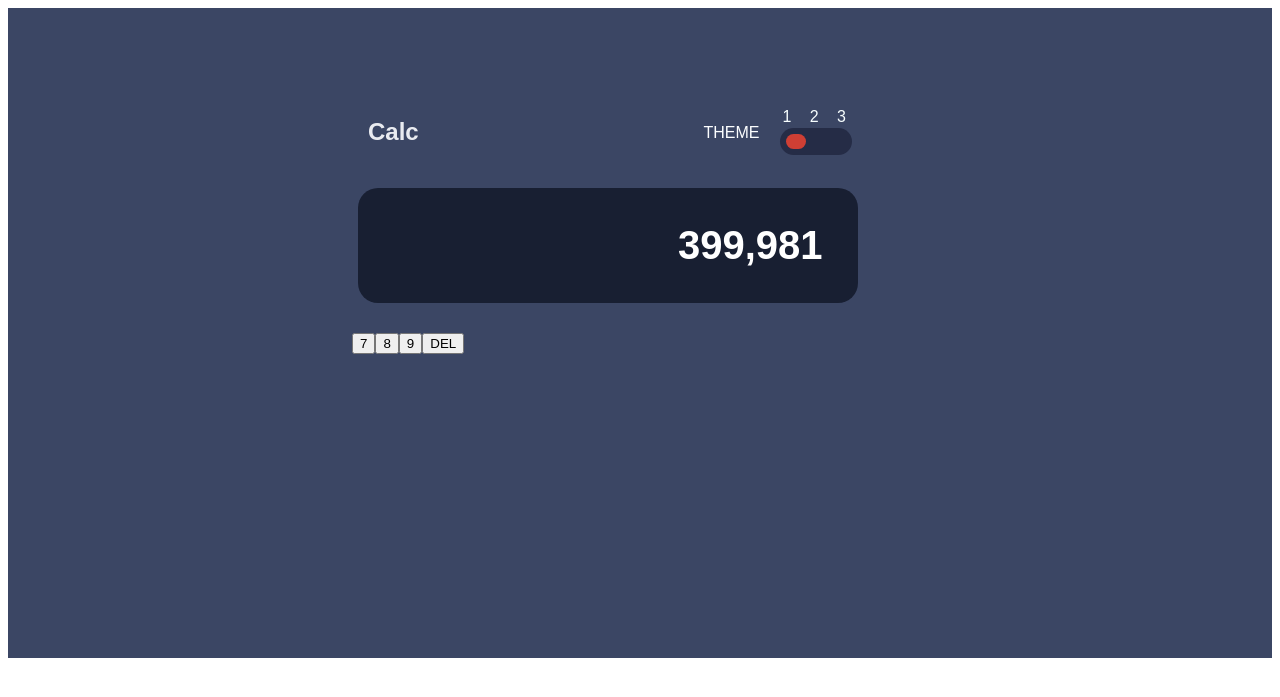
Repository: Bakyproit/Calcutor
Page: SimpleCalculatorApp.html
These files come from the project's save history. The page is drawn as it stood at one moment and after a run of saves; the edit follows.
The browser window is 1280 px wide. The pictures show the whole page.

Above is the page before, as saved 2022-02-09 16:17:09.

### SimpleCalculatorApp.html
<!DOCTYPE html>
<html lang="en">
<head>
    <meta charset="UTF-8">
    <meta http-equiv="X-UA-Compatible" content="IE=edge">
    <meta name="viewport" content="width=device-width, initial-scale=1.0">
    <title>SimpleCalculatorApp</title>
    <link rel="stylesheet" href="asset/App.css">
    <link rel="stylesheet" href="asset/grid.css">
</head>
<body>
    <div class="container">
        <div class="app">
            <div class="app__title">
                <h1 class="app__title-name">Calc</h1>
                <div class="app__title-theme">
                    <p class="app__title-theme-name">THEME</p>
                    <div class="app__title-theme-box">
                        <div class="app__title-theme-box-number">
                            <span class="app__title-theme-box-number-1">1</span>
                            <span class="app__title-theme-box-number-2">2</span>
                            <span class="app__title-theme-box-number-3">3</span>
                        </div>
                        <div class="app__title-theme-box-toggle">
                            <label for="toggle-input" class="toggle">
                                <input type="checkbox" id="toggle-input" class="toggle__checkbox">
                                <div class="toggle__bar">
                                    <div class="toggle__spin"></div>
                                </div>
                            </label>
                        </div>
                    </div>
                </div>
            </div>

            <div class="app__result">
                <h1 class="app__result-number">399,981</h1>
            </div>

            <div class="app__content">
                <div class="app__content-number row">
                        <button class="number col">7</button>
                        <button class="number col">8</button>
                        <button class="number col">9</button>
                        <button class="number col">DEL</button>

                </div>
            </div>
        </div>
    </div>
</body>
</html>

### asset/App.css
html{
    font-family:Arial, Helvetica, sans-serif ;
    box-sizing: border-box;
    padding: 0 ;
    margin: 0;
}
h1{
    margin: 0;
}

.container{
    height: 650px;
    width: 100%;
    background-color: #3b4664;
    position: relative;
}
.app{
    width: 500px;
    position:absolute ;
    top:100px ;
    left:350px;

}
.app__title{
    display: flex;
    justify-content:space-between;

}
.app__title-name{
    color : #e9ebf0 ;
    font-size: 24px;
    padding: 10px;
}
.app__title-theme{
    display: flex;
}
.app__title-theme-name{
    color :20px ;
    color:#fcfeff ;
    margin-right: 16px;
}
.app__title-theme-box{
    display: flex;
    flex-direction: column;
    padding-right: 5px;
}
.app__title-theme-box-number{
    color : #f8ffff ;
}
.app__title-theme-box-number-1{
    padding: 0 7px;
}
.app__title-theme-box-number-2{
    padding: 0 7px;

}
.app__title-theme-box-number-3{
    padding: 0 7px;

}
.app__title-theme-box-toggle{
    padding-top: 2px;
    padding-left: 5px;
}
.toggle__checkbox{
    display: none;
}
.toggle__bar{
    width: 60px;
    height: 15px;
    background-color: #252c46;
    border-radius: 5rem;
    /* transition: background-color 4s linear; */
    padding: 6px;
}
.toggle__spin{
    width: 20px;
    height: 15px;
    background-color: #cf3f34;
    border-radius: 3rem;
    transition: transform .3s linear;
}
.toggle__checkbox:checked ~ .toggle__bar{
    background-color: #a2aac6;
}
.toggle__checkbox:checked + .toggle__bar .toggle__spin {
    transform: translateX(2.5rem);
}


.app__result{
    background-color: #181f32;
    margin:30px 0;
    border-radius: 20px;
}
.app__result-number{
    padding: 35px 0 ;
    padding-left: 320px;
    color: #fff ;
    font-size: 40px;
}

### asset/grid.css
.grid {
    width: 100%;
    display: block;
    padding: 0;

}

.grid.wide {
    max-width: 1200px;
    margin: 0 auto;
}

.row {
    display: flex;
    flex-wrap: wrap;
    margin-left: -4px;
    margin-right: -4px;
}

.row.no-gutters {
    margin-left: 0;
    margin-right: 0;
}

.col {
    padding-left: 4px;
    padding-right: 4px;
}

.row.no-gutters .col {
    padding-left: 0;
    padding-right: 0;
}

.c-0 {
    display: none;
}

.c-1 {
    flex: 0 0 8.33333%;
    max-width: 8.33333%;
}

.c-2 {
    flex: 0 0 16.66667%;
    max-width: 16.66667%;
}

.c-3 {
    flex: 0 0 25%;
    max-width: 25%;
}

.c-4 {
    flex: 0 0 33.33333%;
    max-width: 33.33333%;
}

.c-5 {
    flex: 0 0 41.66667%;
    max-width: 41.66667%;
}

.c-6 {
    flex: 0 0 50%;
    max-width: 50%;
}

.c-7 {
    flex: 0 0 58.33333%;
    max-width: 58.33333%;
}

.c-8 {
    flex: 0 0 66.66667%;
    max-width: 66.66667%;
}

.c-9 {
    flex: 0 0 75%;
    max-width: 75%;
}

.c-10 {
    flex: 0 0 83.33333%;
    max-width: 83.33333%;
}

.c-11 {
    flex: 0 0 91.66667%;
    max-width: 91.66667%;
}

.c-12 {
    flex: 0 0 100%;
    max-width: 100%;
}

.c-o-1 {
    margin-left: 8.33333%;
}

.c-o-2 {
    margin-left: 16.66667%;
}

.c-o-3 {
    margin-left: 25%;
}

.c-o-4 {
    margin-left: 33.33333%;
}

.c-o-5 {
    margin-left: 41.66667%;
}

.c-o-6 {
    margin-left: 50%;
}

.c-o-7 {
    margin-left: 58.33333%;
}

.c-o-8 {
    margin-left: 66.66667%;
}

.c-o-9 {
    margin-left: 75%;
}

.c-o-10 {
    margin-left: 83.33333%;
}

.c-o-11 {
    margin-left: 91.66667%;
}

/* >= Tablet */
@media (min-width: 740px) {
    .row {
        margin-left: -8px;
        margin-right: -8px;
    }

    .col {
        padding-left: 8px;
        padding-right: 8px;
    }

    .m-0 {
        display: none;
    }

    .m-1,
    .m-2,
    .m-3,
    .m-4,
    .m-5,
    .m-6,
    .m-7,
    .m-8,
    .m-9,
    .m-10,
    .m-11,
    .m-12 {
        display: block;
    }

    .m-1 {
        flex: 0 0 8.33333%;
        max-width: 8.33333%;
    }

    .m-2 {
        flex: 0 0 16.66667%;
        max-width: 16.66667%;
    }

    .m-3 {
        flex: 0 0 25%;
        max-width: 25%;
    }

    .m-4 {
        flex: 0 0 33.33333%;
        max-width: 33.33333%;
    }

    .m-5 {
        flex: 0 0 41.66667%;
        max-width: 41.66667%;
    }

    .m-6 {
        flex: 0 0 50%;
        max-width: 50%;
    }

    .m-7 {
        flex: 0 0 58.33333%;
        max-width: 58.33333%;
    }

    .m-8 {
        flex: 0 0 66.66667%;
        max-width: 66.66667%;
    }

    .m-9 {
        flex: 0 0 75%;
        max-width: 75%;
    }

    .m-10 {
        flex: 0 0 83.33333%;
        max-width: 83.33333%;
    }

    .m-11 {
        flex: 0 0 91.66667%;
        max-width: 91.66667%;
    }

    .m-12 {
        flex: 0 0 100%;
        max-width: 100%;
    }

    .m-o-1 {
        margin-left: 8.33333%;
    }

    .m-o-2 {
        margin-left: 16.66667%;
    }

    .m-o-3 {
        margin-left: 25%;
    }

    .m-o-4 {
        margin-left: 33.33333%;
    }

    .m-o-5 {
        margin-left: 41.66667%;
    }

    .m-o-6 {
        margin-left: 50%;
    }

    .m-o-7 {
        margin-left: 58.33333%;
    }

    .m-o-8 {
        margin-left: 66.66667%;
    }

    .m-o-9 {
        margin-left: 75%;
    }

    .m-o-10 {
        margin-left: 83.33333%;
    }

    .m-o-11 {
        margin-left: 91.66667%;
    }
}

/* PC medium resolution > */
@media (min-width: 1113px) {
    .row {
        margin-left: -6px;
        margin-right: -6px;
    }

    .row.sm-gutter {
        margin-left: -5px;
        margin-right: -5px;
    }

    .col {
        padding-left: 6px;
        padding-right: 6px;
    }

    .row.sm-gutter .col {
        padding-left: 5px;
        padding-right: 5px;
    }

    .l-0 {
        display: none;
    }

    .l-1,
    .l-2,
    .l-2-4,
    .l-3,
    .l-4,
    .l-5,
    .l-6,
    .l-7,
    .l-8,
    .l-9,
    .l-10,
    .l-11,
    .l-12 {
        display: block;
    }

    .l-1 {
        flex: 0 0 8.33333%;
        max-width: 8.33333%;
    }

    .l-2 {
        flex: 0 0 16.66667%;
        max-width: 16.66667%;
    }

    .l-2-4 {
        flex: 0 0 20%;
        max-width: 20%;
    }

    .l-3 {
        flex: 0 0 25%;
        max-width: 25%;
    }

    .l-4 {
        flex: 0 0 33.33333%;
        max-width: 33.33333%;
    }

    .l-5 {
        flex: 0 0 41.66667%;
        max-width: 41.66667%;
    }

    .l-6 {
        flex: 0 0 50%;
        max-width: 50%;
    }

    .l-7 {
        flex: 0 0 58.33333%;
        max-width: 58.33333%;
    }

    .l-8 {
        flex: 0 0 66.66667%;
        max-width: 66.66667%;
    }

    .l-9 {
        flex: 0 0 75%;
        max-width: 75%;
    }

    .l-10 {
        flex: 0 0 83.33333%;
        max-width: 83.33333%;
    }

    .l-11 {
        flex: 0 0 91.66667%;
        max-width: 91.66667%;
    }

    .l-12 {
        flex: 0 0 100%;
        max-width: 100%;
    }

    .l-o-1 {
        margin-left: 8.33333%;
    }

    .l-o-2 {
        margin-left: 16.66667%;
    }

    .l-o-3 {
        margin-left: 25%;
    }

    .l-o-4 {
        margin-left: 33.33333%;
    }

    .l-o-5 {
        margin-left: 41.66667%;
    }

    .l-o-6 {
        margin-left: 50%;
    }

    .l-o-7 {
        margin-left: 58.33333%;
    }

    .l-o-8 {
        margin-left: 66.66667%;
    }

    .l-o-9 {
        margin-left: 75%;
    }

    .l-o-10 {
        margin-left: 83.33333%;
    }

    .l-o-11 {
        margin-left: 91.66667%;
    }
}

/* Tablet - PC low resolution */
@media (min-width: 740px) and (max-width: 1023px) {
    .wide {
        width: 644px;
    }
}

/* > PC low resolution */
@media (min-width: 1024px) and (max-width: 1239px) {
    .wide {
        width: 984px;
    }

    .wide .row {
        margin-left: -12px;
        margin-right: -12px;
    }

    .wide .row.sm-gutter {
        margin-left: -5px;
        margin-right: -5px;
    }

    .wide .col {
        padding-left: 12px;
        padding-right: 12px;
    }

    .wide .row.sm-gutter .col {
        padding-left: 5px;
        padding-right: 5px;
    }

    .wide .l-0 {
        display: none;
    }

    .wide .l-1,
    .wide .l-2,
    .wide .l-2-4,
    .wide .l-3,
    .wide .l-4,
    .wide .l-5,
    .wide .l-6,
    .wide .l-7,
    .wide .l-8,
    .wide .l-9,
    .wide .l-10,
    .wide .l-11,
    .wide .l-12 {
        display: block;
    }

    .wide .l-1 {
        flex: 0 0 8.33333%;
        max-width: 8.33333%;
    }

    .wide .l-2 {
        flex: 0 0 16.66667%;
        max-width: 16.66667%;
    }

    .wide .l-2-4 {
        flex: 0 0 20%;
        max-width: 20%;
    }

    .wide .l-3 {
        flex: 0 0 25%;
        max-width: 25%;
    }

    .wide .l-4 {
        flex: 0 0 33.33333%;
        max-width: 33.33333%;
    }

    .wide .l-5 {
        flex: 0 0 41.66667%;
        max-width: 41.66667%;
    }

    .wide .l-6 {
        flex: 0 0 50%;
        max-width: 50%;
    }

    .wide .l-7 {
        flex: 0 0 58.33333%;
        max-width: 58.33333%;
    }

    .wide .l-8 {
        flex: 0 0 66.66667%;
        max-width: 66.66667%;
    }

    .wide .l-9 {
        flex: 0 0 75%;
        max-width: 75%;
    }

    .wide .l-10 {
        flex: 0 0 83.33333%;
        max-width: 83.33333%;
    }

    .wide .l-11 {
        flex: 0 0 91.66667%;
        max-width: 91.66667%;
    }

    .wide .l-12 {
        flex: 0 0 100%;
        max-width: 100%;
    }

    .wide .l-o-1 {
        margin-left: 8.33333%;
    }

    .wide .l-o-2 {
        margin-left: 16.66667%;
    }

    .wide .l-o-3 {
        margin-left: 25%;
    }

    .wide .l-o-4 {
        margin-left: 33.33333%;
    }

    .wide .l-o-5 {
        margin-left: 41.66667%;
    }

    .wide .l-o-6 {
        margin-left: 50%;
    }

    .wide .l-o-7 {
        margin-left: 58.33333%;
    }

    .wide .l-o-8 {
        margin-left: 66.66667%;
    }

    .wide .l-o-9 {
        margin-left: 75%;
    }

    .wide .l-o-10 {
        margin-left: 83.33333%;
    }

    .wide .l-o-11 {
        margin-left: 91.66667%;
    }
}

After the next 2 saves:
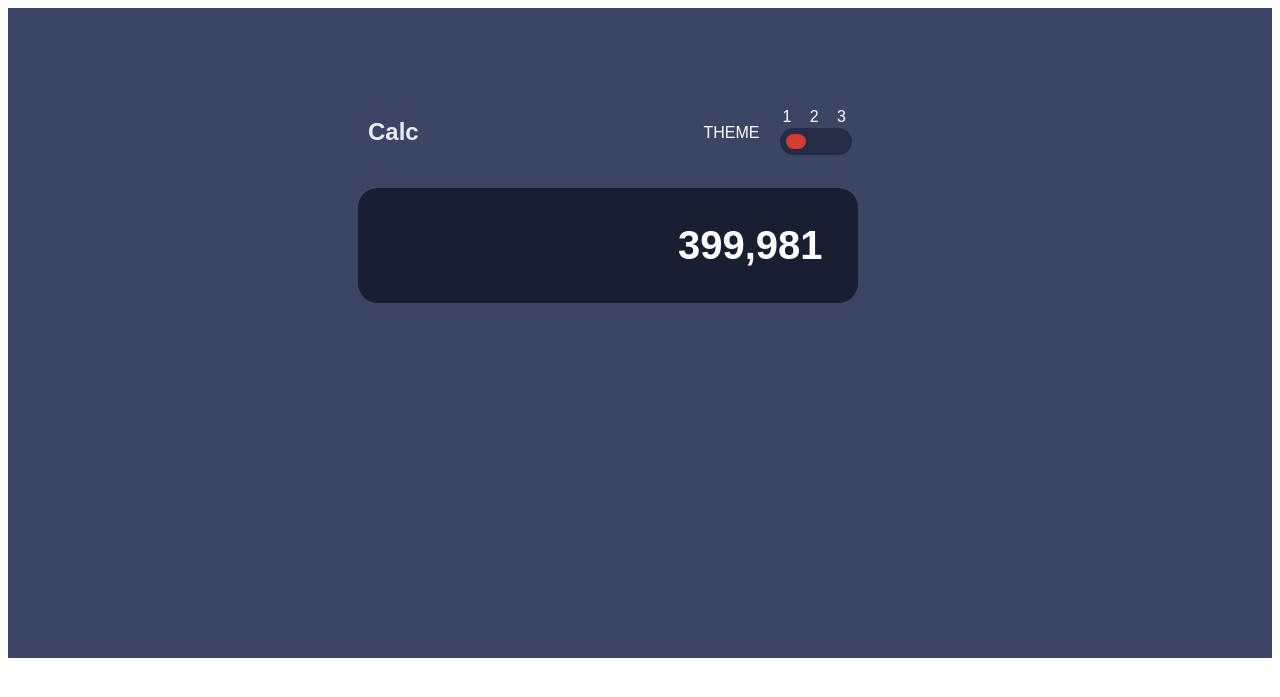
The 2 saves are shown as one change because they came seconds apart.
The last was saved 45 s later.
--- a/SimpleCalculatorApp.html
+++ b/SimpleCalculatorApp.html
@@ -39,10 +39,7 @@
 
             <div class="app__content">
                 <div class="app__content-number row">
-                        <button class="number col">7</button>
-                        <button class="number col">8</button>
-                        <button class="number col">9</button>
-                        <button class="number col">DEL</button>
+
 
                 </div>
             </div>
